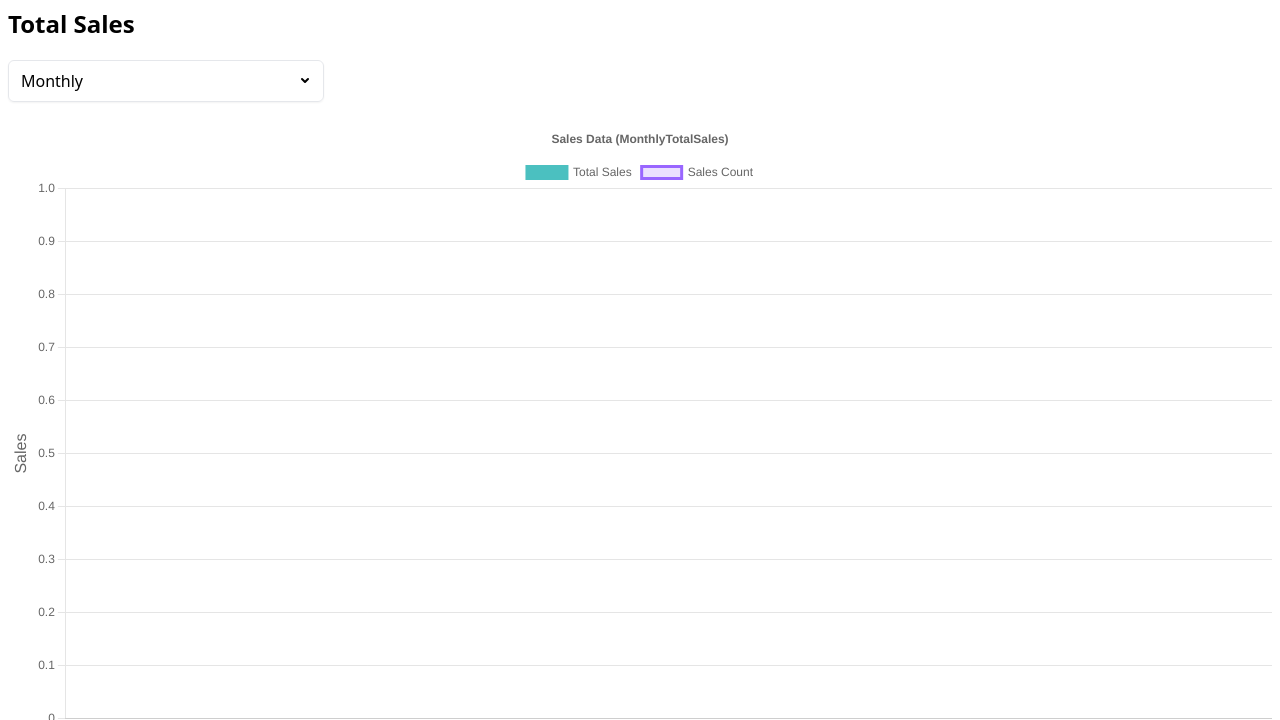
Repository: Qu4ntumGuy/visualize-it
Page: / (app in frontend/)
An editor plug-in stored every save of this project. The page is shown before and after the next save, followed by the edit.
The browser window is 1280 px wide. The pictures show the whole page.
The page's requests for data from a server got no answer. An inner scrolling area shows only its first screen. The project was rebuilt for these pictures with package versions that can differ from the ones it lists, and the page was loaded fresh each time. No one was signed in, and anything a server would have sent is missing.

Above is the page before, as saved 2024-08-19 19:04:30.

### frontend/src/App.js
import axios from "axios";
import TotalSales from "./Components/TotalSales";
import { useEffect, useState } from "react";
import Dropdown from "./Components/Dropdown";
import GrowthRate from "./Components/GrowthRate";
import NewCustomer from "./Components/NewCustomer";

function App() {
  const [data, setData] = useState([]);
  // const [dataType, setDataType] = useState("monthly");
  const [chartData, setChartData] = useState([]);
  const [newCustomer, setNewCustomer] = useState([]);
  const [inputType, setInputType] = useState("monthlyTotalSales");

  const handleSelect = (option) => {
    setInputType(option);
  };

  const fetchGrowthRateData = async () => {
    try {
      const response = await axios.get("http://localhost:8000/api/growthRate");
      // console.log(response.data.data);
      setChartData(response.data.data);
    } catch (error) {
      console.error(error);
    }
  };

  const fetchSalesData = async () => {
    try {
      const response = await axios.get(
        `http://localhost:8000/api/${inputType}`
      );
      // console.log(response.data.data);
      setData(response.data.data);
    } catch (error) {
      console.error(error);
    }
  };

  const fetchNewCustomerData = async () => {
    try {
      const response = await axios.get(`http://localhost:8000/api/newCustomer`);
      // console.log(response.data.data);
      setNewCustomer(response.data.data);
    } catch (error) {}
  };

  useEffect(() => {
    fetchSalesData();
    fetchGrowthRateData();
    fetchNewCustomerData();
  }, [inputType]);

  return (
    <div className="h-screen overflow-hidden">
      <div className="h-screen overflow-y-auto p-2 max-w-7xl mx-auto scrollbar-hide">
        <div>
          <div className=" text-2xl font-semibold">Total Sales</div>
          <div className=" w-1/4 my-5">
            <Dropdown
              options={[
                { value: "monthlyTotalSales", label: "Monthly" },
                { value: "dailyTotalSales", label: "Daily" },
                { value: "quarterlyTotalSales", label: "Quarterly" },
                { value: "yearlyTotalSales", label: "Yearly" },
              ]}
              onSelect={handleSelect}
            />
          </div>
          <TotalSales dataType={inputType} fetchedData={data} />
        </div>
        <div className="my-10">
          <div className="text-2xl font-semibold mb-5">Sales Growth Rate</div>
          <GrowthRate fetchedData={chartData} />
        </div>
        <div className="my-10">
          <div className="text-2xl font-semibold mb-5">New Customer Added</div>
          <NewCustomer fetchedData={newCustomer} />
        </div>
      </div>
    </div>
  );
}

export default App;

### frontend/src/Components/TotalSales.js
import React from "react";
import { Line } from "react-chartjs-2";
import {
  Chart as ChartJS,
  CategoryScale,
  LinearScale,
  PointElement,
  LineElement,
  Title,
  Tooltip,
  Legend,
} from "chart.js";

// Register the necessary components with Chart.js
ChartJS.register(
  CategoryScale,
  LinearScale,
  PointElement,
  LineElement,
  Title,
  Tooltip,
  Legend
);

const TotalSales = ({ dataType, fetchedData }) => {
  // console.log(dataType);
  const salesData = fetchedData;
  console.log(salesData);

  const labels = salesData.map((item) =>
    dataType === "dailyTotalSales"
      ? `${item._id.day}/${item._id.month}/${item._id.year}`
      : dataType === "monthlyTotalSales"
      ? `${item._id.month}/${item._id.year}`
      : dataType === "quarterlyTotalSales"
      ? `${item._id.quarter} ${item._id.year}`
      : `${item._id.year}`
  );

  const data = {
    labels,
    datasets: [
      {
        label: "Total Sales",
        data: salesData.map((item) => item.totalSales),
        borderColor: "rgba(75, 192, 192, 1)",
        backgroundColor: "#4BC0C0",
        fill: true,
        tension: 0.3,
      },
      {
        label: "Sales Count",
        data: salesData.map((item) => item.count),
        borderColor: "rgba(153, 102, 255, 1)",
        backgroundColor: "rgba(153, 102, 255, 0.2)",
        fill: true,
        tension: 0.3,
      },
    ],
  };

  const options = {
    responsive: true,
    plugins: {
      legend: {
        position: "top",
      },
      title: {
        display: true,
        text: `Sales Data (${
          dataType.charAt(0).toUpperCase() + dataType.slice(1)
        })`,
      },
    },
    // scales: {
    //   y: {
    //     beginAtZero: true,
    //   },
    // },
    scales: {
      y: {
        beginAtZero: true,
        title: {
          display: true,
          text: "Sales",
          font: {
            size: 16,
          },
        },
      },
      x: {
        title: {
          display: true,
          text: `Time Period (${
            dataType === "dailyTotalSales"
              ? "Day"
              : dataType === "monthlyTotalSales"
              ? "Month"
              : dataType === "quarterlyTotalSales"
              ? "Quarter"
              : "Year"
          })`,
          font: {
            size: 16,
          },
        },
      },
    },
  };

  return <Line data={data} options={options} />;
};

export default TotalSales;

### frontend/src/Components/Dropdown.js
import React, { useState, useEffect, useRef } from "react";

const Dropdown = ({ options, onSelect }) => {
  const [isOpen, setIsOpen] = useState(false);
  const [selectedOption, setSelectedOption] = useState(options[0] || null);
  const dropdownRef = useRef(null);

  const handleSelectOption = (option) => {
    setSelectedOption(option);
    onSelect(option.value);
    setIsOpen(false);
  };

  const handleClickOutside = (event) => {
    if (dropdownRef.current && !dropdownRef.current.contains(event.target)) {
      setIsOpen(false);
    }
  };

  useEffect(() => {
    document.addEventListener("click", handleClickOutside, true);
    return () => {
      document.removeEventListener("click", handleClickOutside, true);
    };
  }, []);

  return (
    <div ref={dropdownRef} className="relative h-full">
      <button
        onClick={() => setIsOpen(!isOpen)}
        className={`inline-flex w-full justify-between border h-full items-center p-2 px-3 rounded-md shadow-sm  focus:outline-none `}
      >
        {selectedOption ? selectedOption.label : "Select an option"}
        <svg
          className="-mr-1 ml-2 h-5 w-5"
          xmlns="http://www.w3.org/2000/svg"
          viewBox="0 0 20 20"
          fill="currentColor"
          aria-hidden="true"
        >
          <path
            fillRule="evenodd"
            d="M6.293 7.293a1 1 0 011.414 0L10 9.586l2.293-2.293a1 1 0 111.414 1.414l-3 3a1 1 0 01-1.414 0l-3-3a1 1 0 010-1.414z"
            clipRule="evenodd"
          />
        </svg>
      </button>

      {isOpen && (
        <div
          className={`bg-gray-300 text-black origin-top-right absolute right-0 mt-2 w-full rounded-md shadow-lg focus:outline-none z-10`}
        >
          <div
            className=""
            role="menu"
            aria-orientation="vertical"
            aria-labelledby="options-menu"
          >
            {options.map((option) => (
              <button
                key={option.value}
                onClick={() => handleSelectOption(option)}
                className={`block w-full text-left px-4 py-2 h-11 hover:bg-gray-200 focus:outline-none`}
                role="menuitem"
              >
                {option.label}
              </button>
            ))}
          </div>
        </div>
      )}
    </div>
  );
};

export default Dropdown;

### frontend/src/Components/GrowthRate.js
import React, { useEffect, useState } from "react";
import { Line } from "react-chartjs-2";

import {
  Chart as ChartJS,
  CategoryScale,
  LinearScale,
  PointElement,
  LineElement,
  Title,
  Tooltip,
  Legend,
} from "chart.js";

// Register the necessary components with Chart.js
ChartJS.register(
  CategoryScale,
  LinearScale,
  PointElement,
  LineElement,
  Title,
  Tooltip,
  Legend
);

const GrowthRate = ({ fetchedData }) => {
  console.log(fetchedData);

  const labels = fetchedData.map(
    (item) => `${item.year}-${item.month || item.quarter}`
  );

  const growthRates = fetchedData.map((item) => item.salesGrowthRate);

  const colors = growthRates.map((rate) =>
    rate >= 0 ? "rgba(75, 192, 192, 1)" : "rgba(255, 99, 132, 1)"
  );

  const data = {
    labels,
    datasets: [
      {
        label: "Sales Growth Rate",
        data: growthRates,
        segment: {
          borderColor: (ctx) => colors[ctx.p0DataIndex],
          backgroundColor: (ctx) => colors[ctx.p0DataIndex],
        },
        fill: false,
        tension: 0.4,
        pointHoverRadius: 7,
        borderWidth: 2,
      },
    ],
  };

  const options = {
    scales: {
      y: {
        beginAtZero: true,
        title: {
          display: true,
          text: "Growth Rate (%)",
          font: {
            size: 16,
          },
        },
      },
      x: {
        title: {
          display: true,
          text: "Time Period",
          font: {
            size: 16,
          },
        },
      },
    },
    plugins: {
      legend: {
        display: true,
        position: "top",
        labels: {
          boxWidth: 20,
          font: {
            size: 14,
          },
        },
      },
      tooltip: {
        callbacks: {
          label: function (context) {
            let label = context.dataset.label || "";
            if (label) {
              label += ": ";
            }
            label += `${context.parsed.y.toFixed(2)}%`;
            return label;
          },
        },
      },
    },
  };

  return (
    <div className="bg-white p-4 rounded-md shadow-lg">
      {/* <Line data={data} />;
       */}

      <Line data={data} options={options} />
    </div>
  );
};

export default GrowthRate;

### frontend/src/Components/NewCustomer.js
import React, { useEffect, useState } from "react";
import { Line } from "react-chartjs-2";

import {
  Chart as ChartJS,
  CategoryScale,
  LinearScale,
  PointElement,
  LineElement,
  Title,
  Tooltip,
  Legend,
} from "chart.js";

// Register the necessary components with Chart.js
ChartJS.register(
  CategoryScale,
  LinearScale,
  PointElement,
  LineElement,
  Title,
  Tooltip,
  Legend
);

const NewCustomer = ({ fetchedData }) => {
  console.log(fetchedData);

  const labels = fetchedData.map((item) => item._id);

  const counts = fetchedData.map((item) => item.count);

  const data = {
    labels: labels,
    datasets: [
      {
        label: "New Customers Added Over Time",
        data: counts,
        borderColor: "rgba(63, 186, 76,1)",
        fill: false,
      },
    ],
  };

  const options = {
    scales: {
      y: {
        beginAtZero: true,
        title: {
          display: true,
          text: "New Customers",
        },
      },
      x: {
        title: {
          display: true,
          text: "Time",
        },
      },
    },
  };

  return (
    <div className="bg-white p-4 rounded-md shadow-lg">
      <Line data={data} options={options} />
    </div>
  );
};

export default NewCustomer;

Loaded but not shown: frontend/public/index.html (common file); frontend/src/index.js (common file); frontend/src/index.css (common file); frontend/src/reportWebVitals.js (common file); frontend/tailwind.config.js (common file)

After the next save:
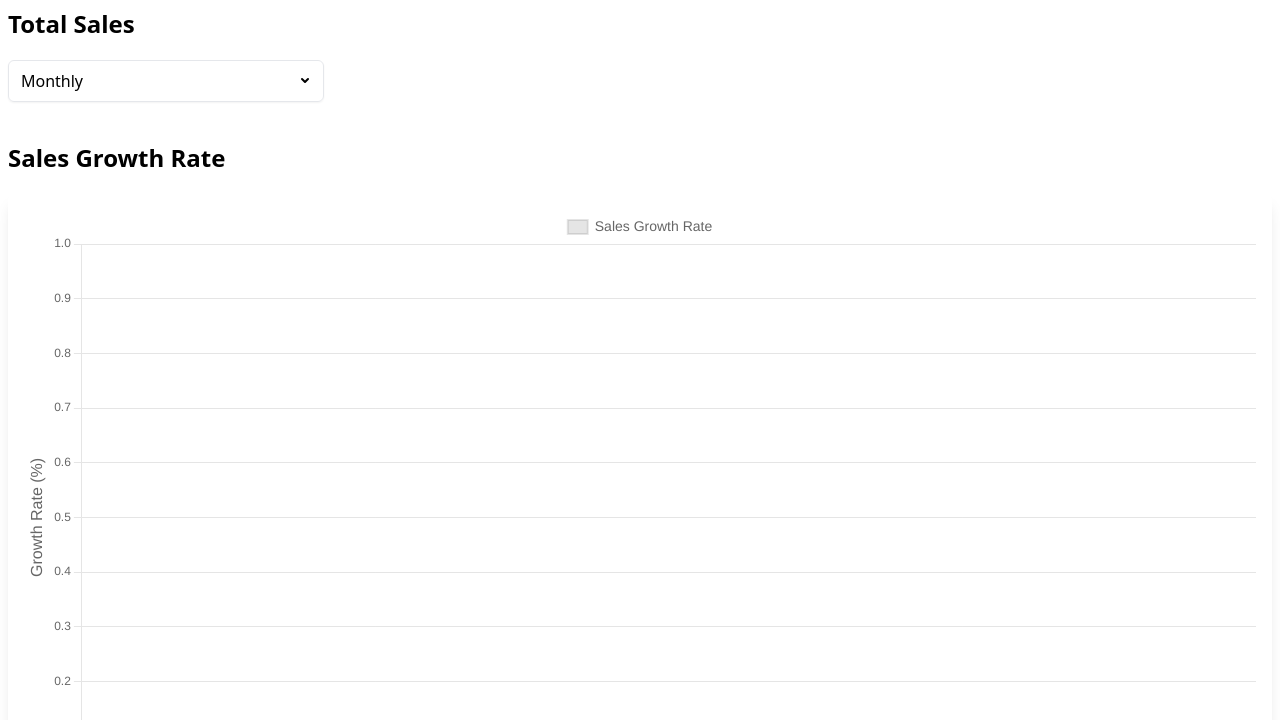
Saved 56 s later.
--- a/frontend/src/Components/TotalSales.js
+++ b/frontend/src/Components/TotalSales.js
@@ -108,7 +108,10 @@ const TotalSales = ({ dataType, fetchedData }) => {
     },
   };
 
-  return <Line data={data} options={options} />;
+  return;
+  <div className="bg-white p-4 rounded-md shadow-lg">
+    <Line data={data} options={options} />;
+  </div>;
 };
 
 export default TotalSales;
